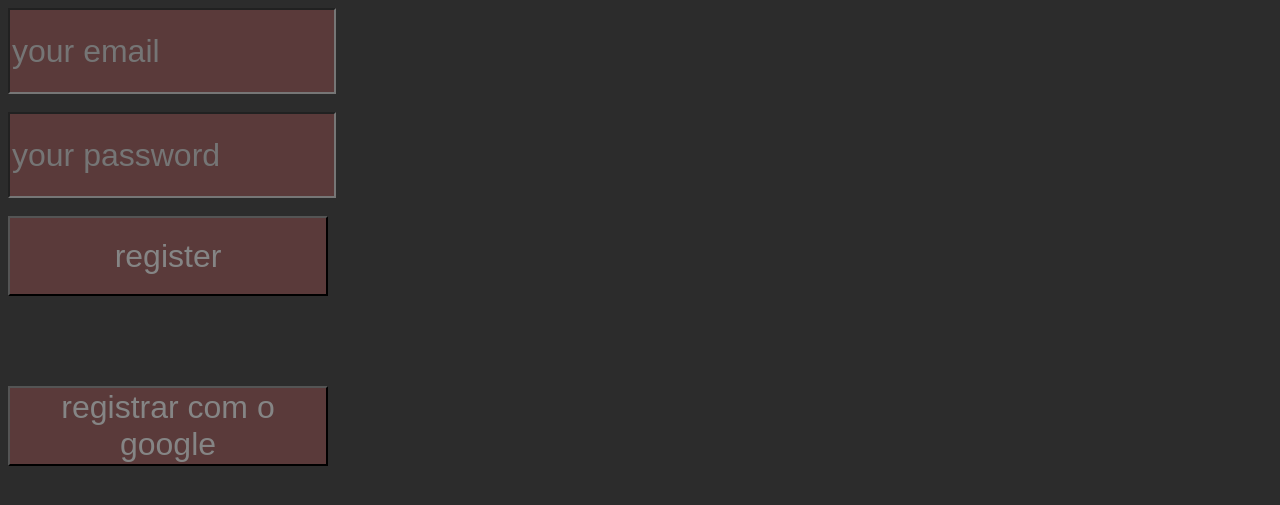
Repository: Vinicius-Borges7/NMLS
Page: frontend/pages/register.html
The author's editor kept a copy of each file at every save. The page is drawn from the files as they stood at one save, then again after a run of saves.
The browser window is 1280 px wide. The pictures show the whole page.

Above is the page before, as saved 2023-05-22 14:53:44.

After the next 2 saves:
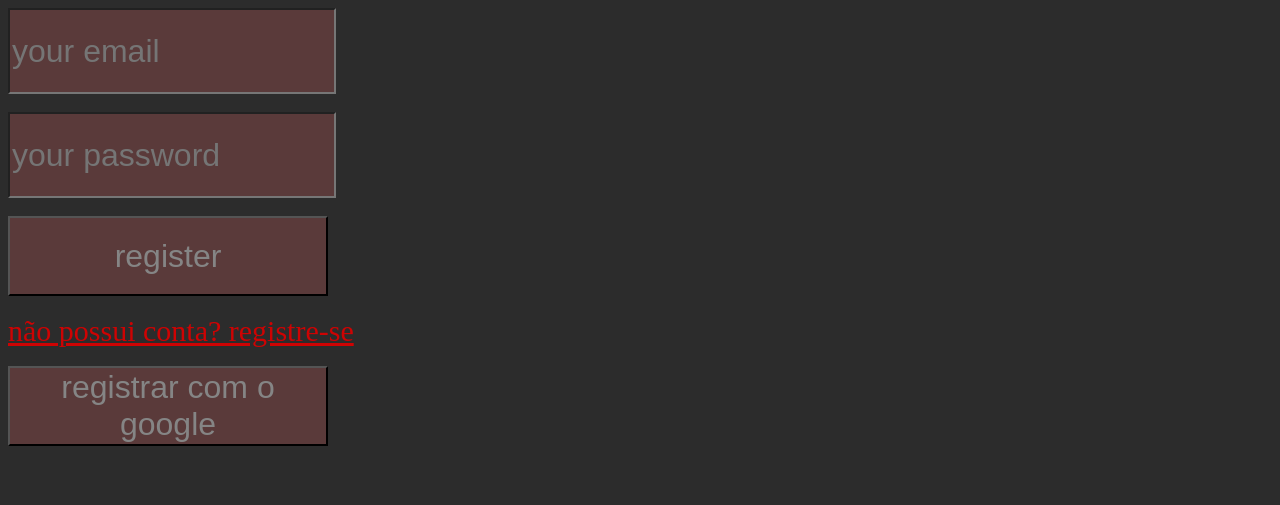
The 2 saves are shown as one change because they came seconds apart.
The last was saved 24 s later.
--- a/frontend/pages/register.html
+++ b/frontend/pages/register.html
@@ -13,9 +13,14 @@
     <section>
         <input name="email" id="iptEmail" placeholder="your email" required/><br/><br/>
         <input name="password" id="iptPassword" placeholder="your password" required/><br/><br/>
-        <button onclick="register()">register</button><br/><br/><br/><br/><br/>
+        <button onclick="register()">register</button><br/><br/>
     </section>
-    <br/>
+
+    <section>
+        <a href="file:///C:/Users/if4health/Desktop/LoginSystem/frontend/pages/register.html">não possui conta? registre-se</a>
+        <br/><br/>
+    </section>
+
     <section>
         <button>registrar com o google</button>
     </section>
